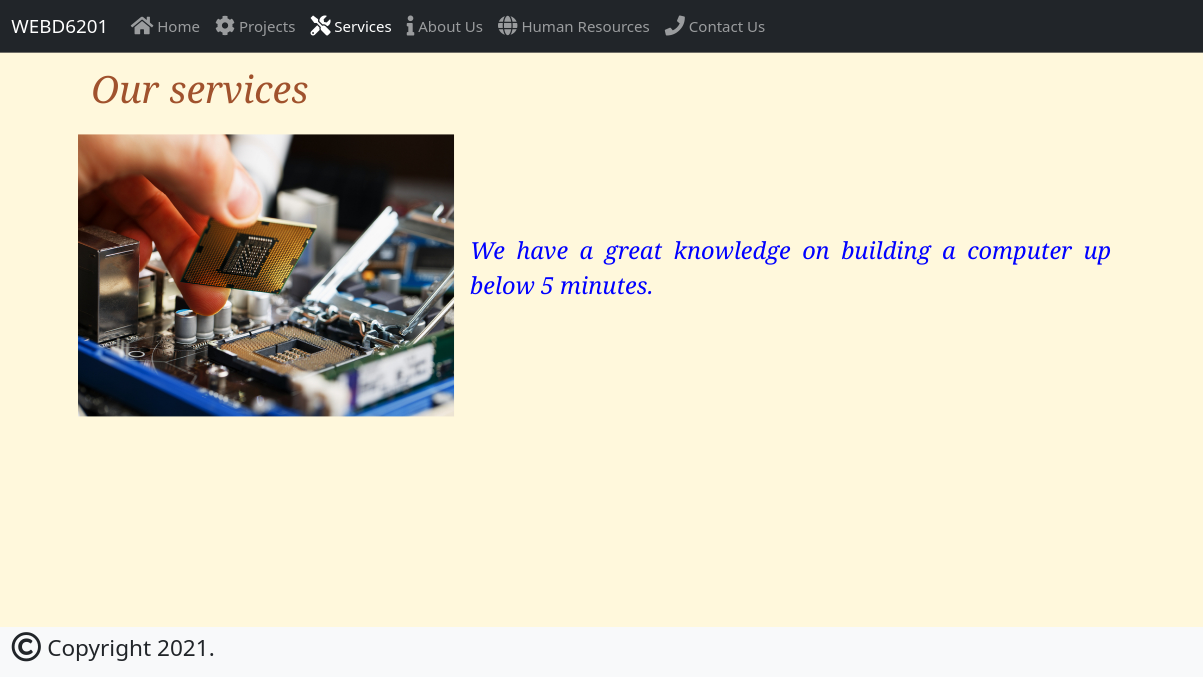
Repository: YiuWingLau/WEBD6201-W2021-Lab1
Page: services.html
An editor plug-in stored every save of this project. The page is shown before and after the next save, followed by the edit.
The browser window is 1280 px wide. The pictures show the whole page, at 94% of full size.

Above is the page before, as saved 2021-02-04 22:15:15.
Console error: ReferenceError: project is not defined

### services.html
<!DOCTYPE html>
<html lang="en">
<head>
    <meta charset="UTF-8">
    <meta name="viewport" content="width=device-width, initial-scale=1.0">
    <title>Services</title>

    <!--CSS Section -->
    <link rel="stylesheet" href="./node_modules/bootstrap/dist/css/bootstrap.min.css">
    <link rel="stylesheet" href="./node_modules/@fortawesome//fontawesome-free/css/all.min.css">
    <link rel="stylesheet" href="./Content/app.css">
</head>
<body>
    <!-- Main Header-->
    <header>
      <!-- Main Navigation-->
      <nav class="navbar navbar-expand-lg navbar-dark bg-dark">
          <div class="container-fluid">
            <a class="navbar-brand" href="index.html">WEBD6201</a>
            <button class="navbar-toggler" type="button" data-bs-toggle="collapse" data-bs-target="#navbarSupportedContent" aria-controls="navbarSupportedContent" aria-expanded="false" aria-label="Toggle navigation">
              <span class="navbar-toggler-icon"></span>
            </button>
            <div class="collapse navbar-collapse" id="navbarSupportedContent">
              <ul class="navbar-nav me-auto mb-2 mb-lg-0">

                <li id="navBarIndex" class="nav-item">
                  <a class="nav-link" aria-current="page" href="index.html"><i class="fas fa-home fa-lg"></i> Home</a>
                </li>

                <li id="navBarProjects" class="nav-item">
                  <a class="nav-link" aria-current="page" href="products.html"><i class="fas fa-cog fa-lg"></i> Products</a>
                </li>

                <li id="navBarServices" class="nav-item">
                  <a class="nav-link active" aria-current="page" href="services.html"><i class="fas fa-tools fa-lg"></i> Services</a>
                </li>

                <li id="navBarAboutUs" class="nav-item">
                  <a class="nav-link" aria-current="page" href="about.html"><i class="fas fa-info fa-lg"></i> About Us</a>
                </li>

                <li id="navBarContactUs" class="nav-item">
                  <a class="nav-link" aria-current="page" href="contact.html"><i class="fas fa-phone fa-lg"></i> Contact Us</a>
                </li>

              </ul>
            </div>
          </div>
      </nav>
  </header>
    <main class="container">
    </main>

    <footer>
        <nav class="navbar fixed-bottom navbar-light bg-light">
            <div class="container-fluid">
              <h4><i class="far fa-copyright fa-lg"></i> Copyright 2021.</a></h4>
            </div>
        </nav>
    </footer>
    <!-- JavaScript Section -->
    <script src="./node_modules/jquery/dist/jquery.min.js"></script>
    <script src="./node_modules/bootstrap/dist/js/bootstrap.bundle.min.js"></script>
    <script src="./Scripts/app.js"></script>
</body>
</html>

### Content/app.css
h1 {
    padding: 15px;
    color: sienna;
    font-family: Cambria, Cochin, Georgia, Times, 'Times New Roman', serif;
    font-style: italic;
}

p {
    padding: 15px;
    color: blue;
    font-family:Cambria, Cochin, Georgia, Times, 'Times New Roman', serif;
    font-style: italic;
    font-size: 25px;
    text-align: justify;
}

body {
    background-color: cornsilk;
}

#homePicture {
    width: 1000px;
    height: 600px;
}

#favImage {

    width: 400px;
    height: 300px;
}

### Scripts/app.js
/* custom JavaScript goes here */

//IIFE - Immediately Invoked Function Expression
//AKA - Anonymous Self-Executing Function
//Closure - limits scope leak

"use strict";

(function()
{
    function displayHome()
    {
      // create heading element
      let homeHeading = document.createElement("h1");
      // configure the element
      homeHeading.setAttribute("id", "homeHeading");
      homeHeading.textContent = "Welcome to WEBD6201";
      // select the parent element
      let mainContent = document.getElementsByTagName("main")[0];
      // Add / Insert the element
      mainContent.appendChild(homeHeading);

      // inject the background image to the home pageinject the background image to the home page
        let myhomebackground = document.createElement("img");
        myhomebackground.setAttribute("id", "homePicture");
        myhomebackground.setAttribute("src", "./images/homepagebackground.jpg");
        myhomebackground.setAttribute("alt", "Computer Programmer");
        mainContent.appendChild(myhomebackground);

        // inject the first paragraph to the home page
        let newParagraph = document.createElement("p");
        newParagraph.setAttribute("id", "paragraphTwo");
        newParagraph.textContent = "We provide the best programming service for you...";
        mainContent.appendChild(newParagraph);
    }

    function displayAbout()
    {
        //create new element Human Resources
        let myPicture = document.createElement("img");
        myPicture.setAttribute("id", "myImage");
        myPicture.setAttribute("src", "./images/img_me.jpg");
        myPicture.setAttribute("alt", "Nelson Lau");
        myPicture.setAttribute("width", "192");
        myPicture.setAttribute("height", "108");

        // Step 1. document.createElement
        let ParagraphOne = document.createElement("p");
        // Step 2. configure the element
        ParagraphOne.setAttribute("id", "myIntroduction");
        ParagraphOne.textContent = "Here are my favourite projects.";
        // Step 3. select the parent element
        let mainContent = document.getElementsByTagName("main")[0];
        mainContent.appendChild(myPicture);
        // Step 4. Add / Insert the element
        mainContent.appendChild(ParagraphOne);
        ParagraphOne.className = "fs-lg";

    }

    function displayProjects()
    {
      // create and add heading to Projects page
      let projectHeading = document.createElement("h1");
      projectHeading.setAttribute("id", "projectHeading");
      projectHeading.textContent = " My favourite projects";
      let mainContent = document.getElementsByTagName("main")[0];
      mainContent.appendChild(projectHeading);


      // create favorite projects element div tag
      let project = document.createElement("table");
      //project.setAttribute("class", "container");
      project.setAttribute("id", "project");
      mainContent.appendChild(project);

      // create & insert 1st favorite project detail
      let projectOne = document.createElement("tr");
      //projectOne.setAttribute("class", "row");
      projectOne.setAttribute("id", "projectOne");
      projectOne.innerHTML = `<td><img id="favImage" src="./images/hardware.jpg" alt="computer hardware"></td>
                              <td class="col-8"><p> We have a great knowledge on building a computer up below 5 minutes.</p></td>`;
      project.appendChild(projectOne);

      // create & insert 2nd favorite project detail
      let projectTwo = document.createElement("tr");
      //projectTwo.setAttribute("class", "row");
      projectTwo.setAttribute("id", "projectTwo");
      projectTwo.innerHTML = `<td><img id="favImage" src="./images/mainframe.jpg" alt="mainframe development"></td>
                              <td><p> We have successfully to help several companies building up their mainframe systems.</p></td>`;
      project.appendChild(projectTwo);

      // create & insert 2nd favorite project detail
      let projectThree = document.createElement("tr");
      //projectThree.setAttribute("class", "row");
      projectThree.setAttribute("id", "projectThree");
      projectThree.innerHTML = `<td><img id="favImage" src="./images/networking.jpg" alt="computer networking"></td>
                                <td><p> We have successfully to help several companies building up their network.</p></td>`;
      project.appendChild(projectThree);
    }

    function displayHumanResources()
    {

    }

    function displayServices()
    {
      // create and add heading to Projects page
      let serviceHeading = document.createElement("h1");
      serviceHeading.setAttribute("id", "projectHeading");
      serviceHeading.textContent = " Our services";
      let mainContent = document.getElementsByTagName("main")[0];
      mainContent.appendChild(serviceHeading);


      // create favorite service element div tag
      let service = document.createElement("table");
      //service.setAttribute("class", "container");
      service.setAttribute("id", "service");
      mainContent.appendChild(service);

      // create & insert 1st favorite service detail
      let serviceOne = document.createElement("tr");
      //serviceOne.setAttribute("class", "row");
      serviceOne.setAttribute("id", "serviceOne");
      serviceOne.innerHTML = `<td><img id="favImage" src="./images/hardware.jpg" alt="computer hardware"></td>
                              <td class="col-8"><p> We have a great knowledge on building a computer up below 5 minutes.</p></td>`;
      service.appendChild(serviceOne);

      // create & insert 2nd favorite service detail
      let serviceTwo = document.createElement("tr");
      //serviceTwo.setAttribute("class", "row");
      serviceTwo.setAttribute("id", "serviceTwo");
      serviceTwo.innerHTML = `<td><img id="favImage" src="./images/mainframe.jpg" alt="mainframe development"></td>
                              <td><p> We have successfully to help several companies building up their mainframe systems.</p></td>`;
      project.appendChild(serviceTwo);

      // create & insert 2nd favorite service detail
      let serviceThree = document.createElement("tr");
      //serviceThree.setAttribute("class", "row");
      serviceThree.setAttribute("id", "serviceThree");
      serviceThree.innerHTML = `<td><img id="favImage" src="./images/networking.jpg" alt="computer networking"></td>
                                <td><p> We have successfully to help several companies building up their network.</p></td>`;
                                service.appendChild(projectThree);
    }

    function displayContact()
    {
        let messageArea = document.getElementById("messageArea");
        messageArea.hidden = true;

        // form validation
        let fullName = document.getElementById("fullName");
        fullName.addEventListener("blur", function() {
            if(fullName.value.length < 2)
            {
                fullName.focus();
                fullName.select();
                messageArea.hidden = false;
                messageArea.className = "alert alert-danger";
                messageArea.textContent = "Please enter an appropriate Name";
            }
            else
            {
                messageArea.removeAttribute("class");
                messageArea.hidden = true;
            }
        });

        let sendButton = document.getElementById("sendButton");
        sendButton.addEventListener("click", function(event){
            //event.preventDefault();

            let contact = new Contact(fullName.value, contactNumber.value, emailAddress.value);

            if(contact.serialize())
            {
              localStorage.setItem((localStorage.length + 1).toString(), contact.serialize());
            }

        });
    }

    function displayContactList()
    {
      if (localStorage.length > 0)
      {
        let contactList = document.getElementById("contactList");

        let data = "";

        for (let index = 0; index < localStorage.length; index++)
        {
          let contactData = localStorage.getItem((index + 1).toString());

          let contact = new Contact();
          contact.deserialize(contactData);

          data += `<tr>
          <th scope="row">${index + 1}</th>
          <td>${contact.FullName}</td>
          <td>${contact.ContactNumber}</td>
          <td>${contact.EmailAddress}</td>
        </tr>`;
        }

        contactList.innerHTML = data;
      }
    }

    // function to correct the wrong link and text content in navigation bar
    function changeNavBarName()
    {
        let navName = document.getElementById("navBarProjects");
        navName.innerHTML = `<a class='nav-link' aria-current='page' href='projects.html'><i class="fas fa-cog fa-lg"></i> Projects</a>`;
    }

    // function to add Human Resource element to Nav Bar between About Us and Contact Us
    function addNewNavBarElement()
    {
        //create new element Human Resources
        let newListElement = document.createElement("li");
        newListElement.setAttribute("id", "navBarHumanResources");
        newListElement.setAttribute("class", "nav-item");
        newListElement.innerHTML = `<a class='nav-link' aria-current='page' href='Human-Resources.html'><i class="fas fa-globe fa-lg"></i> Human Resources</a>`;
        // append new element after About Us
        let aboutUsListElement = document.getElementById("navBarAboutUs");
        aboutUsListElement.after(newListElement);
    }

    function Start()
    {
        console.log("App Started...");

        changeNavBarName();

        addNewNavBarElement();

        switch (document.title)
        {
          case "Home":
              displayHome();
            break;
          case "About":
              displayAbout();
            break;
          case "Projects":
              displayProjects();
            break;
          case "Human Resources":
              displayHumanResources();
            break;
          case "Services":
              displayServices();
            break;
          case "Contact":
              displayContact();
            break;
          case "Contact-List":
            displayContactList();
          break;
        }

    }

    window.addEventListener("load", Start);

})();

Loaded but not shown: node_modules/bootstrap/dist/css/bootstrap.min.css (library); node_modules/@fortawesome/fontawesome-free/css/all.min.css (library); node_modules/jquery/dist/jquery.min.js (library); node_modules/bootstrap/dist/js/bootstrap.bundle.min.js (library)

After the next save:
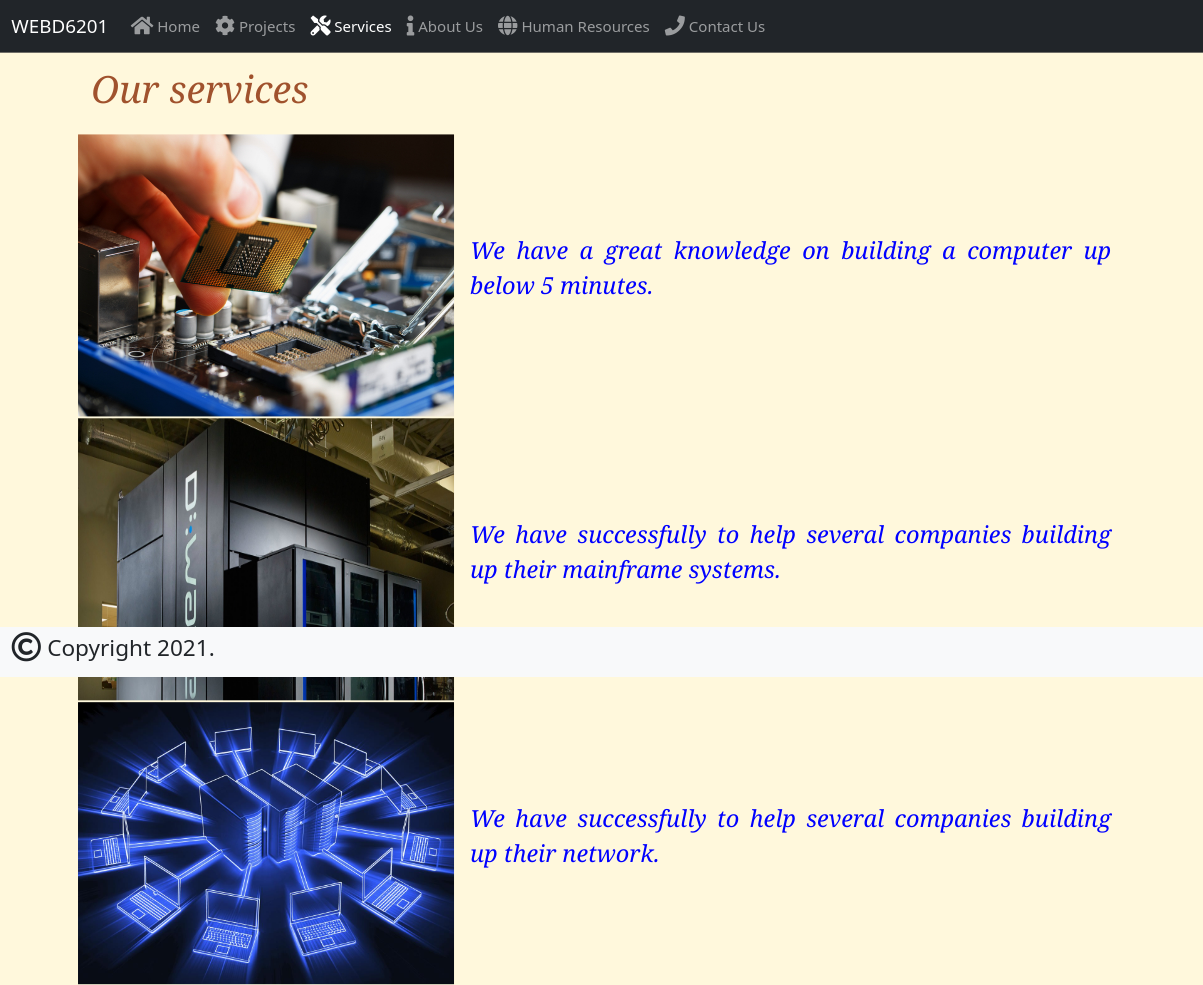
The error is gone.
Saved 5 min 6 s later.
--- a/Scripts/app.js
+++ b/Scripts/app.js
@@ -79,7 +79,7 @@
       //projectOne.setAttribute("class", "row");
       projectOne.setAttribute("id", "projectOne");
       projectOne.innerHTML = `<td><img id="favImage" src="./images/hardware.jpg" alt="computer hardware"></td>
-                              <td class="col-8"><p> We have a great knowledge on building a computer up below 5 minutes.</p></td>`;
+                              <td><p> We have a great knowledge on building a computer up below 5 minutes.</p></td>`;
       project.appendChild(projectOne);
 
       // create & insert 2nd favorite project detail
@@ -125,7 +125,7 @@
       //serviceOne.setAttribute("class", "row");
       serviceOne.setAttribute("id", "serviceOne");
       serviceOne.innerHTML = `<td><img id="favImage" src="./images/hardware.jpg" alt="computer hardware"></td>
-                              <td class="col-8"><p> We have a great knowledge on building a computer up below 5 minutes.</p></td>`;
+                              <td><p> We have a great knowledge on building a computer up below 5 minutes.</p></td>`;
       service.appendChild(serviceOne);
 
       // create & insert 2nd favorite service detail
@@ -134,7 +134,7 @@
       serviceTwo.setAttribute("id", "serviceTwo");
       serviceTwo.innerHTML = `<td><img id="favImage" src="./images/mainframe.jpg" alt="mainframe development"></td>
                               <td><p> We have successfully to help several companies building up their mainframe systems.</p></td>`;
-      project.appendChild(serviceTwo);
+      service.appendChild(serviceTwo);
 
       // create & insert 2nd favorite service detail
       let serviceThree = document.createElement("tr");
@@ -142,7 +142,7 @@
       serviceThree.setAttribute("id", "serviceThree");
       serviceThree.innerHTML = `<td><img id="favImage" src="./images/networking.jpg" alt="computer networking"></td>
                                 <td><p> We have successfully to help several companies building up their network.</p></td>`;
-                                service.appendChild(projectThree);
+      service.appendChild(serviceThree);
     }
 
     function displayContact()
